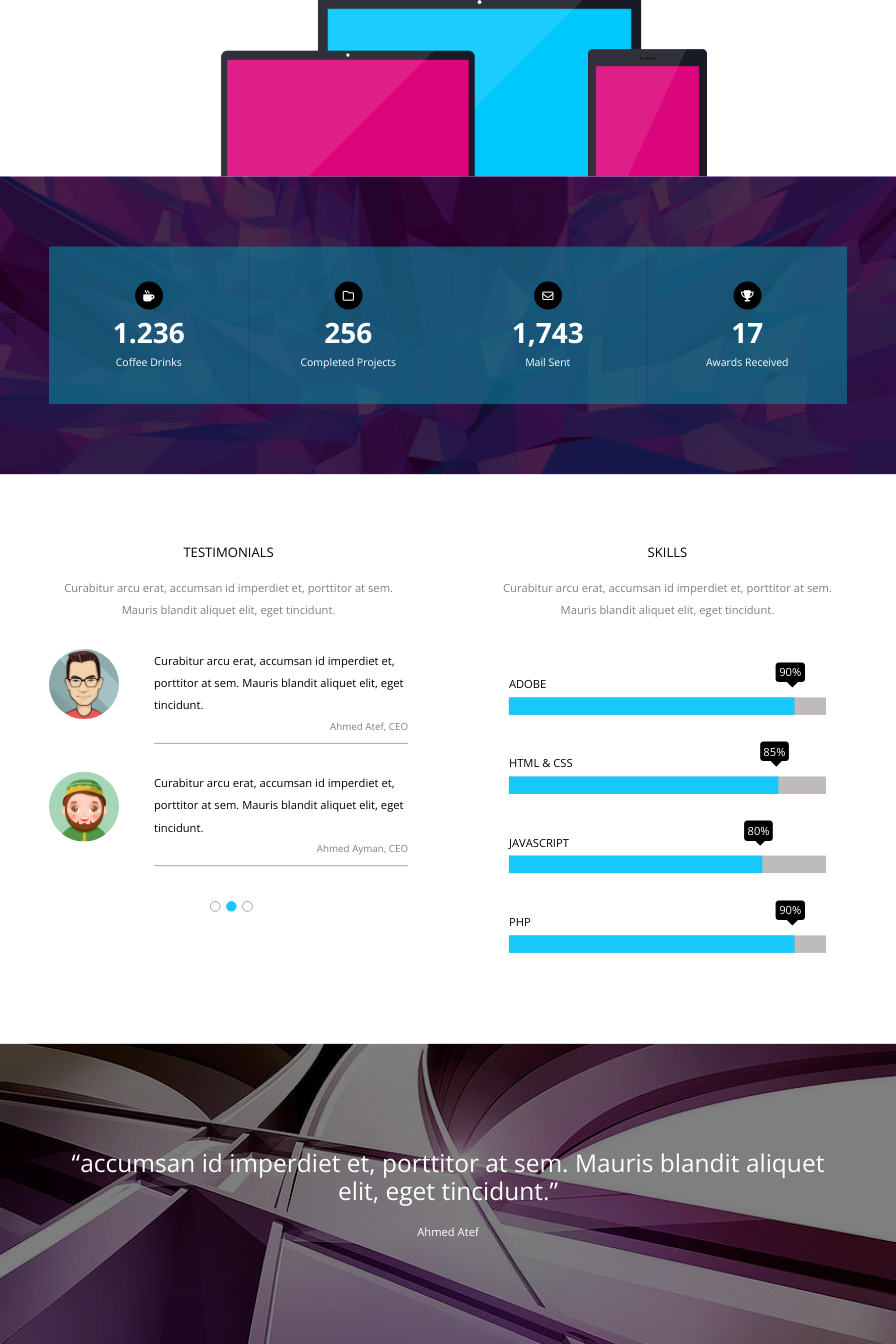
Repository: Ahmed123rezk123/Template_2
Page: index.html
An editor plug-in stored every save of this project. The page is shown before and after a run of saves, followed by the edit.
The browser window is 1280 px wide. The pictures show the part of the page from y = 4376 to 6296 px (the page is 6296 px tall before and 6246 px after), at 70% of full size.
A picture or video elsewhere on the page could not be fetched, so the positions and the page height are approximate. Some web fonts or font styles are not loaded; a fallback is used.

Above is the page before, as saved 2024-04-15 19:36:02.

After the next 2 saves:
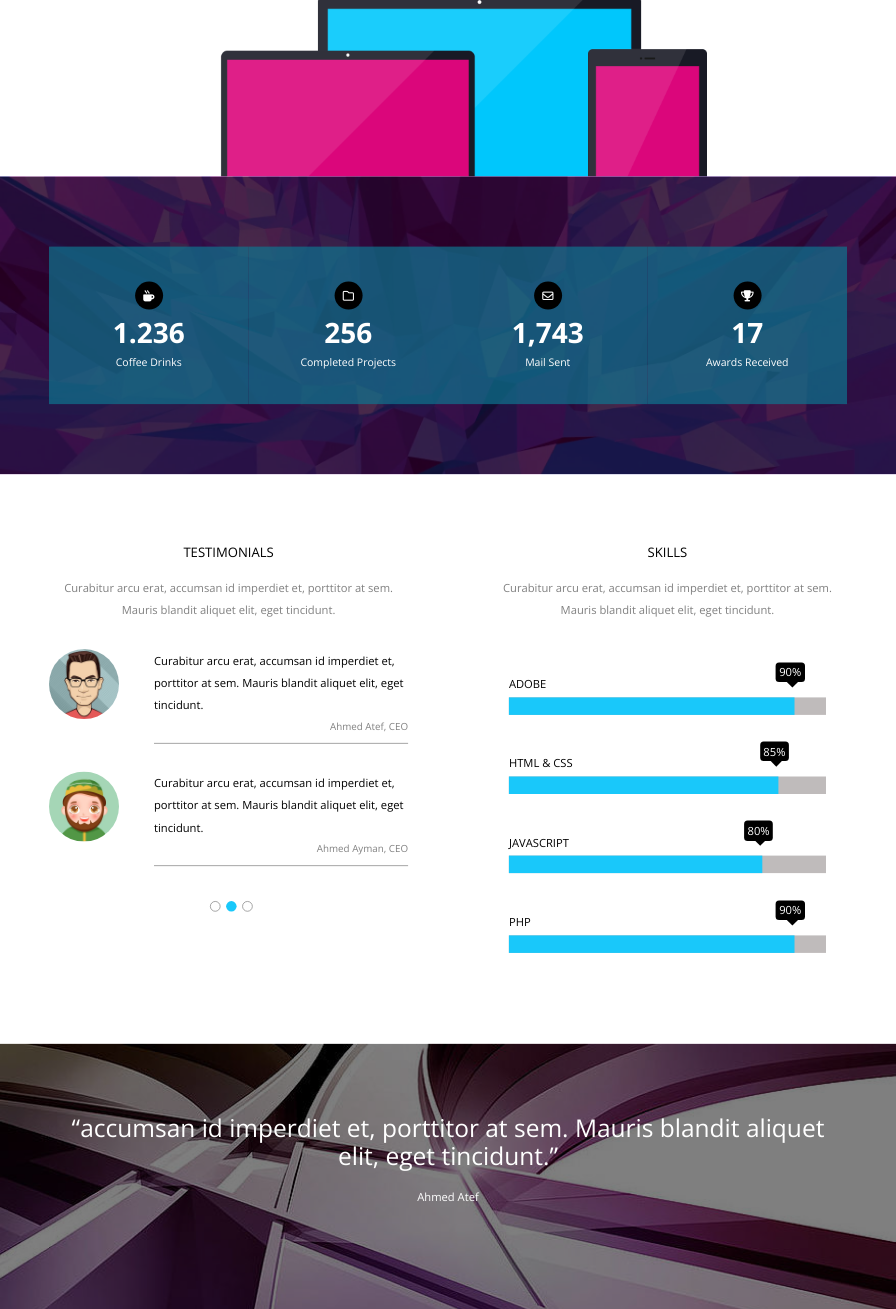
The 2 saves are shown as one change because they came seconds apart.
The last was saved 12 s later.
--- a/css/kasper.css
+++ b/css/kasper.css
@@ -815,7 +815,7 @@ position: relative;
 .quote .container .content {
 text-align: center;
 color: white;
-margin: 50px auto;
+margin-bottom: 50px;
 }
 .quote .container .content q {
     display: block;
